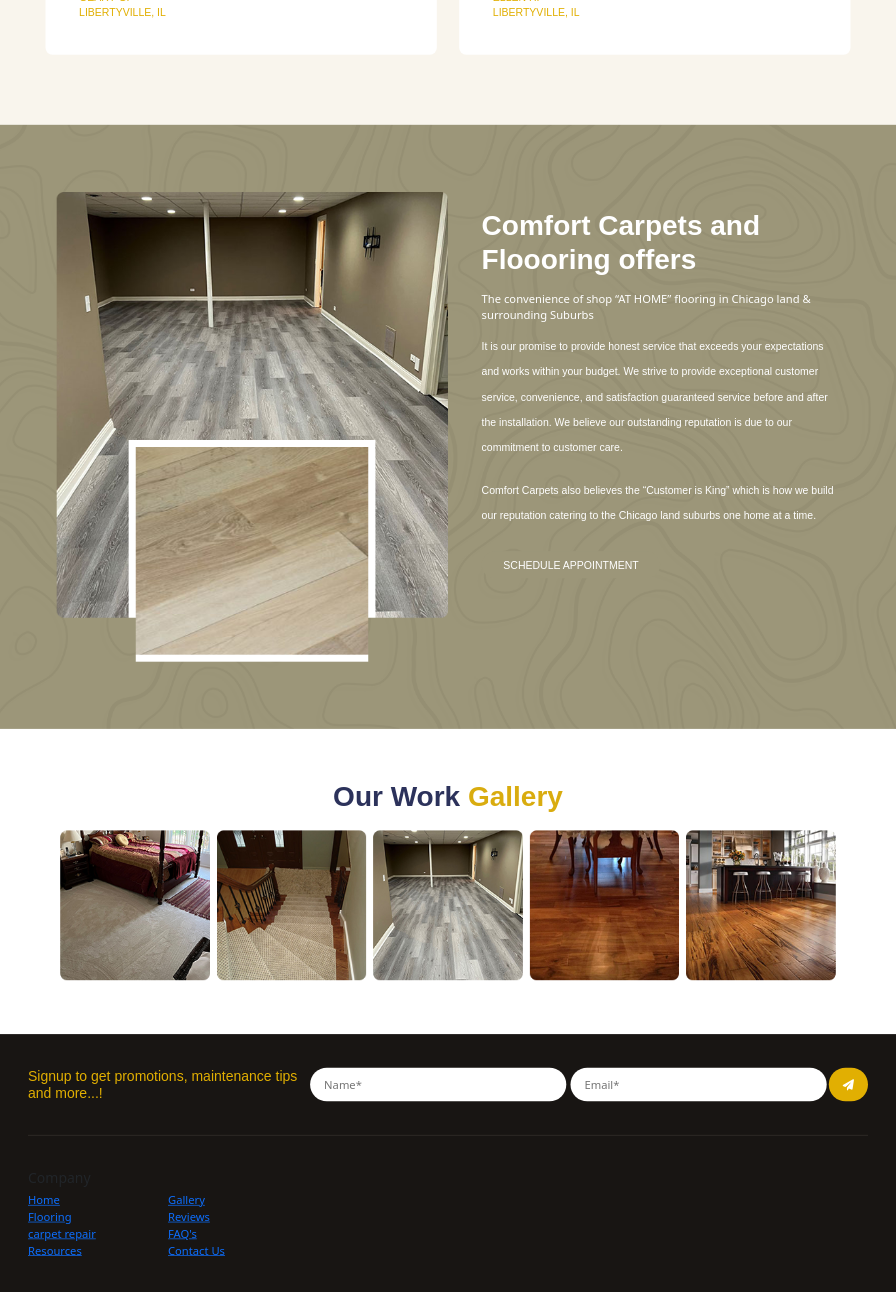
Repository: Ab-dur-Rehman/sscaseFolders
Page: index.html
An editor plug-in stored every save of this project. The page is shown before and after the next save, followed by the edit.
The browser window is 1280 px wide. The pictures show the part of the page from y = 3916 to 5836 px (the page is 5762 px tall before and 5836 px after), at 70% of full size.
Some web fonts or font styles are not loaded; a fallback is used.

Above is the page before, as saved 2022-12-26 16:13:36.

After the next save:
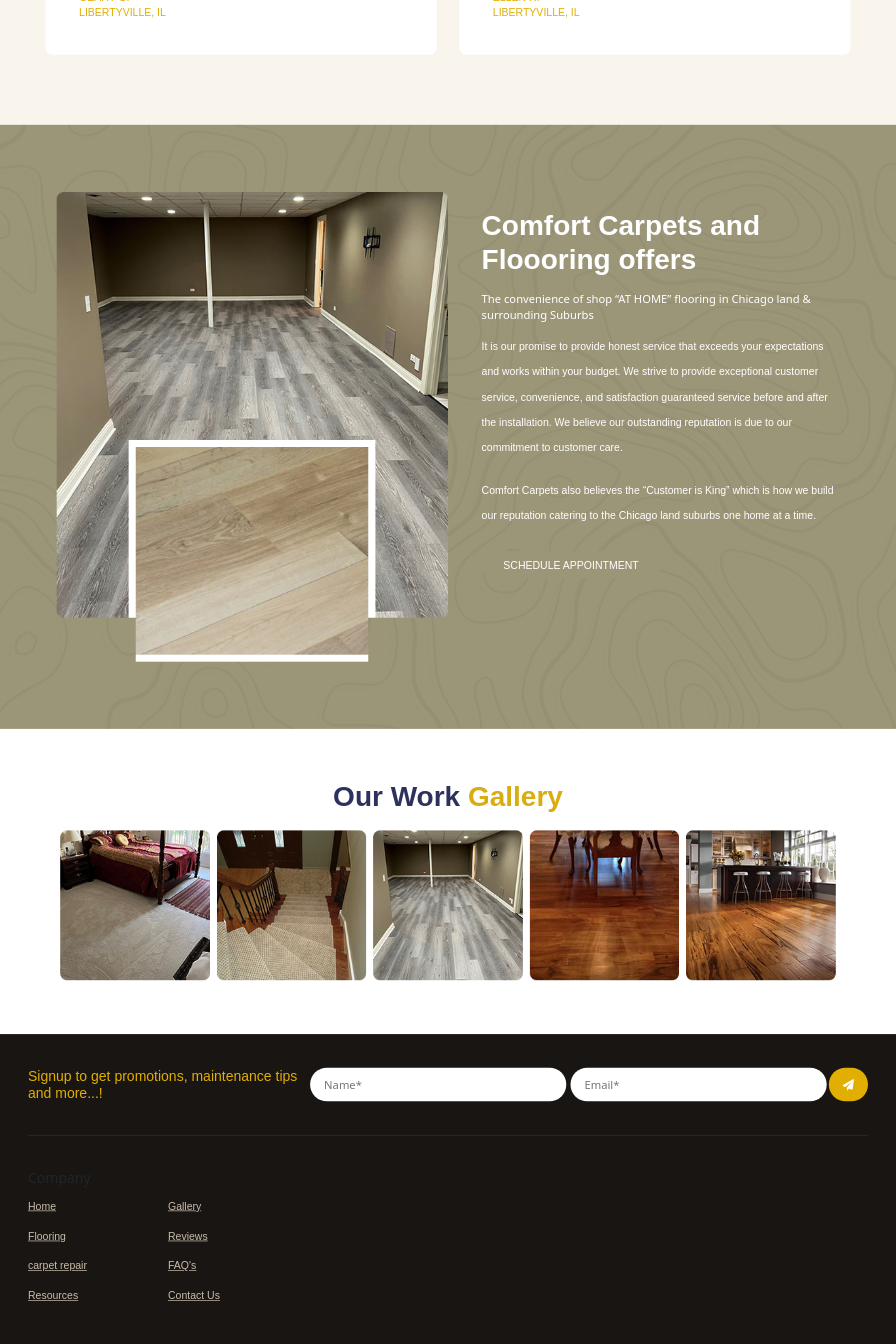
Saved 4 min 12 s later.
--- a/assets/css/style.css
+++ b/assets/css/style.css
@@ -257,6 +257,15 @@
 .footer-center-1 ul li {
     list-style: none;
 }
+.footer-center-1 ul li a {
+    font-weight: 400;
+    font-family: 'Amiko', sans-serif;
+    color: #cabdad;
+    font-size: 15px;
+    line-height: 1.5;
+    display: block;
+    padding: 10px 0;
+}
 
 /* //Responsive */
 
